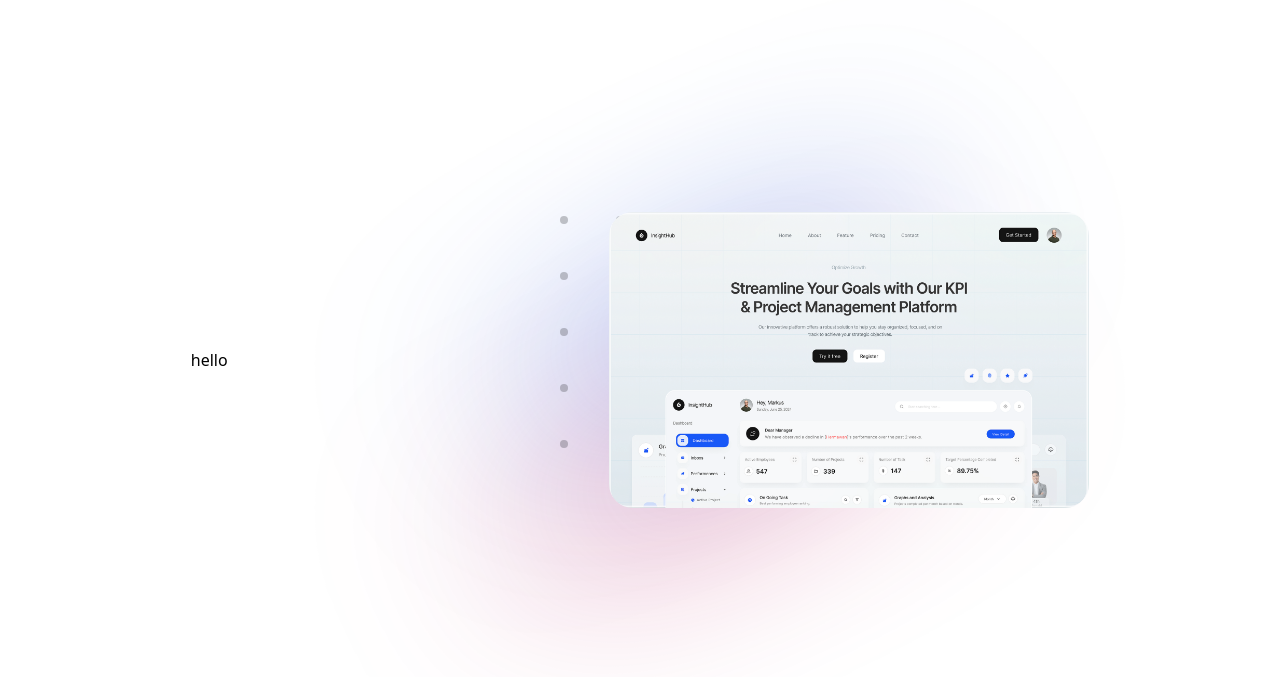
Repository: 30namp/youtube-web-art-code
Page: stunning landing page 1/index.html
The author's editor kept a copy of each file at every save. The page is drawn from the files as they stood at one save, then again after the next save.
The browser window is 1280 px wide. The pictures show the whole page.

Above is the page before, as saved 2024-09-26 18:28:51.

After the next save:
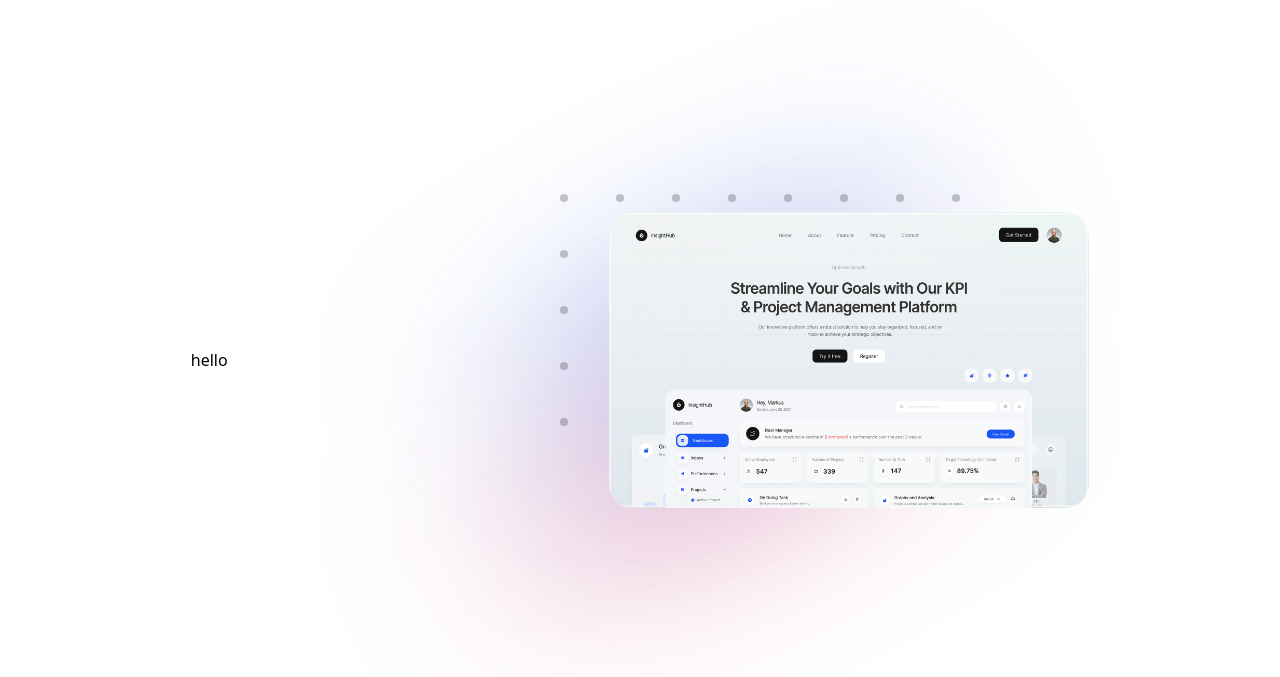
Saved 18 s later.
--- a/stunning landing page 1/index.html
+++ b/stunning landing page 1/index.html
@@ -13,7 +13,7 @@
     <div
       class="absolute right-[25%] top-[40%] h-12 w-[30rem] rounded-[100%] rotate-[-25deg] bg-blue-700 blur-[6rem]"
     ></div>
-    <div class="grid grid-cols-8 gap-12 absolute right-[25%] top-[30%]">
+    <div class="grid grid-cols-8 gap-12 absolute right-[25%] top-[27%]">
       <div class="rounded-full bg-zinc-700/30 size-2 shadow-lg"></div>
       <div class="rounded-full bg-zinc-700/30 size-2 shadow-lg"></div>
       <div class="rounded-full bg-zinc-700/30 size-2 shadow-lg"></div>
